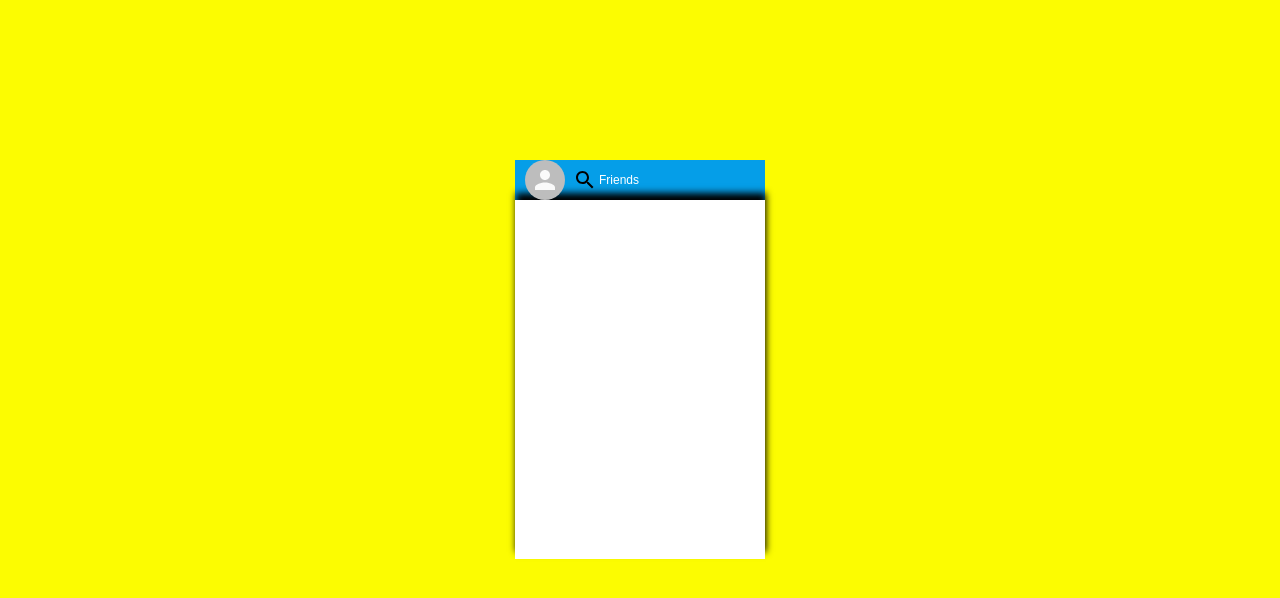
Repository: om1ars/camera-func
Page: /chats
An editor plug-in stored every save of this project. The page is shown before and after a run of saves, followed by the edit.
The browser window is 1280 px wide. The pictures show the whole page.
The project was rebuilt for these pictures with package versions that can differ from the ones it lists, and the page was loaded fresh each time. Also part of the build but not shown: src/WebcamCapture.css, src/WebCamCapture.js, src/Preview.css, src/firebase.js, src/Preview.js.

Above is the page before, as saved 2021-11-24 16:53:21.

After the next 2 saves:
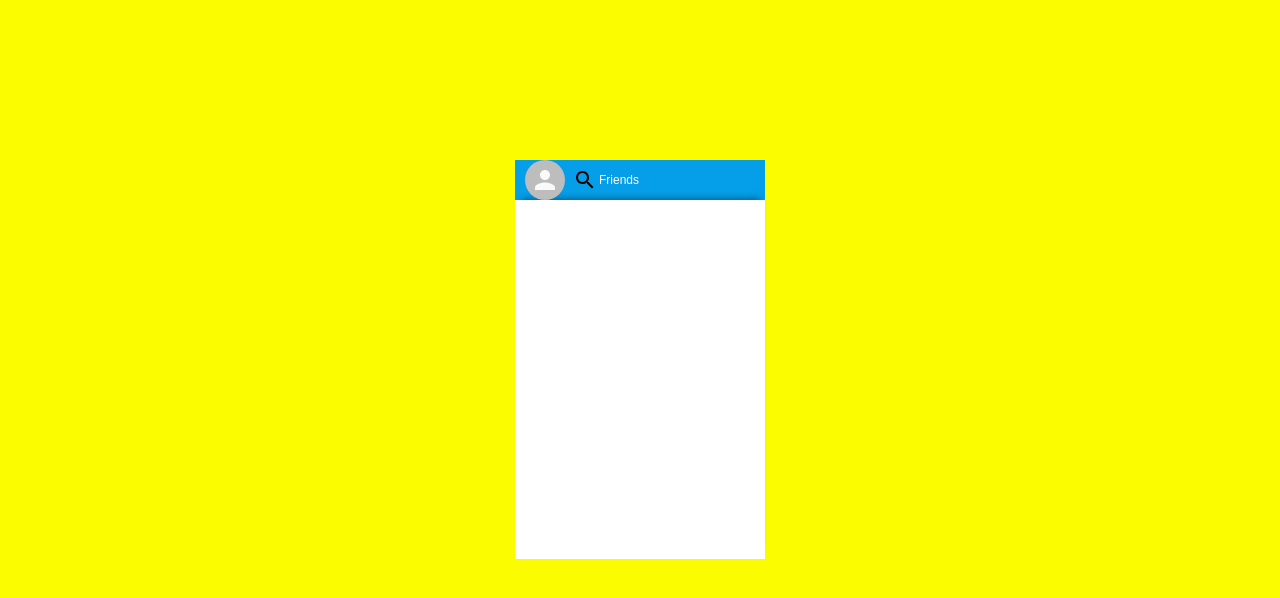
The 2 saves are shown as one change because they came seconds apart.
The last was saved 9 s later.
--- a/src/Chats.css
+++ b/src/Chats.css
@@ -1,37 +1,37 @@
-.chats{
-    position: relative;
-    height: 400px;
-    width: 250px;
-    height: 400px;
+.chats {
+  position: relative;
+  height: 400px;
+  width: 250px;
+  height: 400px;
 }
 .chats__header {
-    display: flex;
-    justify-content: space-between;
-    align-items: center;
-    padding-left: 10px;
-    padding-right: 10px;
-    background-color: #059ee8;
+  display: flex;
+  justify-content: space-between;
+  align-items: center;
+  padding-left: 10px;
+  padding-right: 10px;
+  background-color: #059ee8;
 }
 .chats__search {
-    display: flex;
-    align-items: center;
-    flex: 1;
-    padding-left: 8px;
+  display: flex;
+  align-items: center;
+  flex: 1;
+  padding-left: 8px;
 }
 .chats__search > input {
-    outline: none;
-    background-color: transparent;
-    border: none;
-    font-size: 12px;
-    flex: 1;
-    color: white;
+  outline: none;
+  background-color: transparent;
+  border: none;
+  font-size: 12px;
+  flex: 1;
+  color: white;
 }
 .chats__search > input::placeholder {
-    color: white;
-    opacity: 1;
+  color: white;
+  opacity: 1;
 }
 .chat__posts {
-    height: 359px;
-    background-color: white;
-    box-shadow: 1px -7px 7px ;
+  height: 359px;
+  background-color: white;
+  box-shadow: 1px -7px 7px -6px rgba(0, 0, 0, 0.44);
 }
